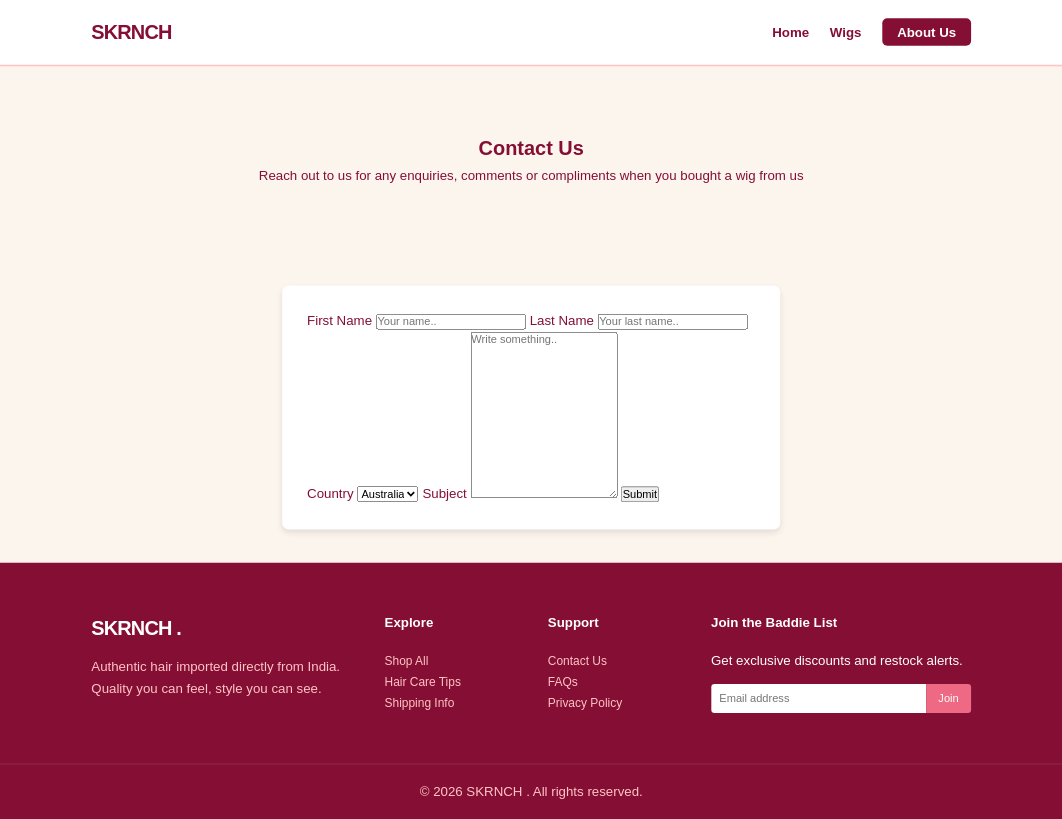
Repository: ndirituart/Portfolio
Page: contact.html
An editor plug-in stored every save of this project. The page is shown before and after the next save, followed by the edit.
The browser window is 1280 px wide. The pictures show the whole page, at 83% of full size.

Above is the page before, as saved 2026-01-23 18:51:36.

After the next save:
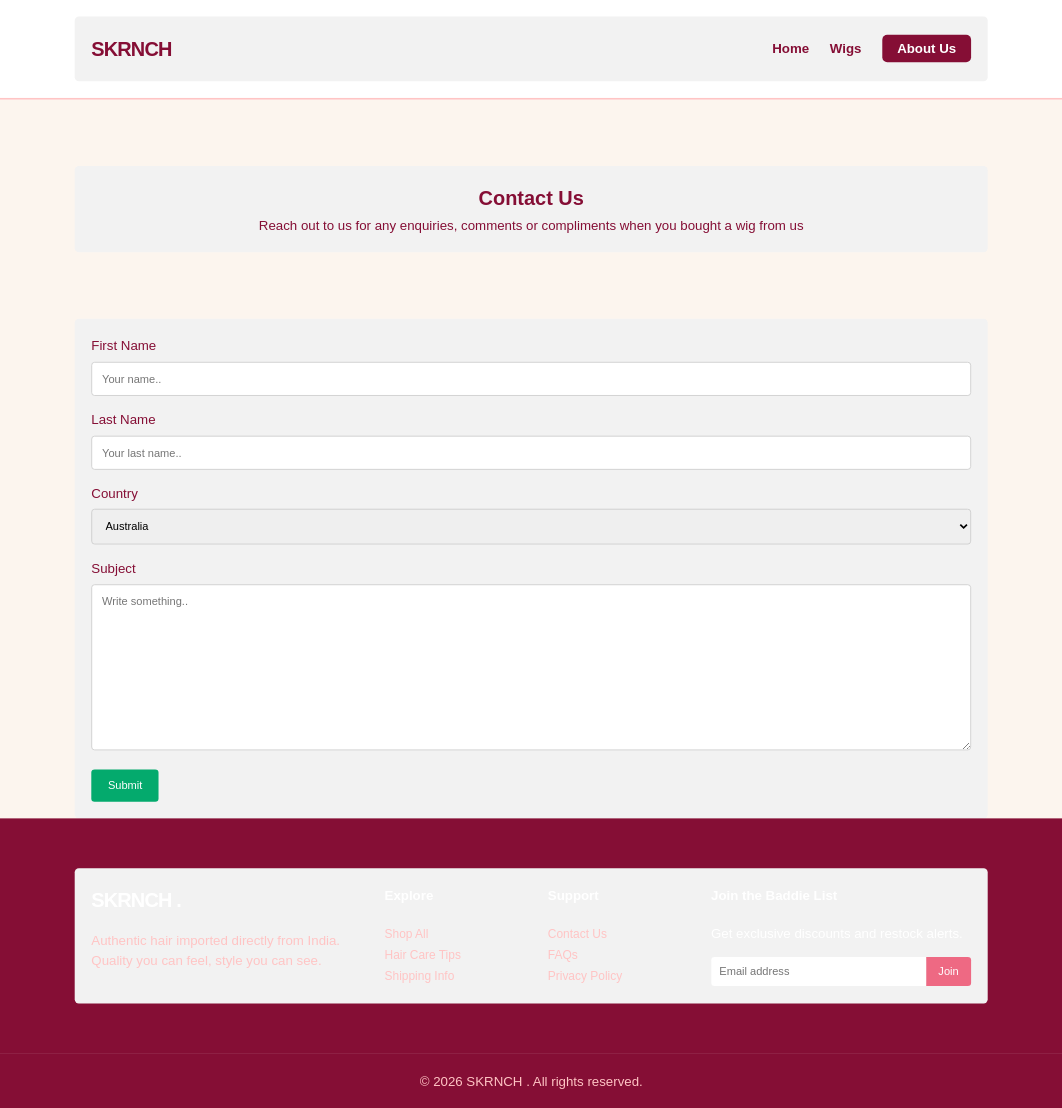
Saved 4 s later.
--- a/contact.html
+++ b/contact.html
@@ -175,13 +175,37 @@ nav ul li a {
 }
 
 /* --- FORM STYLING --- */
-.container form {
-    max-width: 600px;
-    margin: 40px auto;
-    background: white;
-    padding: 30px;
-    border-radius: 8px;
-    box-shadow: 0 4px 8px rgba(0,0,0,0.1);
+body {font-family: Arial, Helvetica, sans-serif;}
+* {box-sizing: border-box;}
+
+input[type=text], select, textarea {
+  width: 100%;
+  padding: 12px;
+  border: 1px solid #ccc;
+  border-radius: 4px;
+  box-sizing: border-box;
+  margin-top: 6px;
+  margin-bottom: 16px;
+  resize: vertical;
+}
+
+input[type=submit] {
+  background-color: #04AA6D;
+  color: white;
+  padding: 12px 20px;
+  border: none;
+  border-radius: 4px;
+  cursor: pointer;
+}
+
+input[type=submit]:hover {
+  background-color: #45a049;
+}
+
+.container {
+  border-radius: 5px;
+  background-color: #f2f2f2;
+  padding: 20px;
 }
 /* --- FOOTER STYLING (Restored) --- */
 .main-footer {
